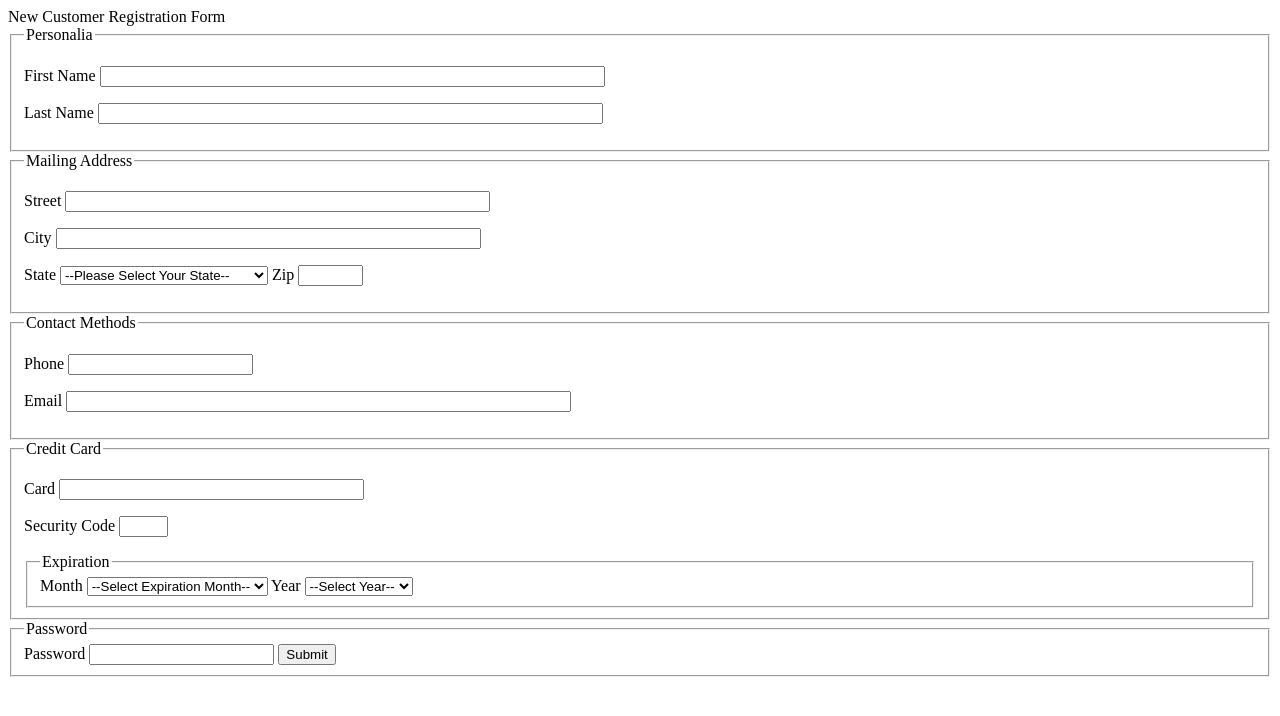
Repository: banjilawal/htdocs
Page: http://localhost/controls/new_customer-form.php
These files come from the project's save history. The page is drawn as it stood at one moment and after the next save; the edit follows.
The browser window is 1280 px wide. The pictures show the whole page.
The page is run by PHP 8.4 with error messages shown; the project is at /var/www/html/.

Above is the page before, as saved 2022-03-26 23:59:07.

After the next save:
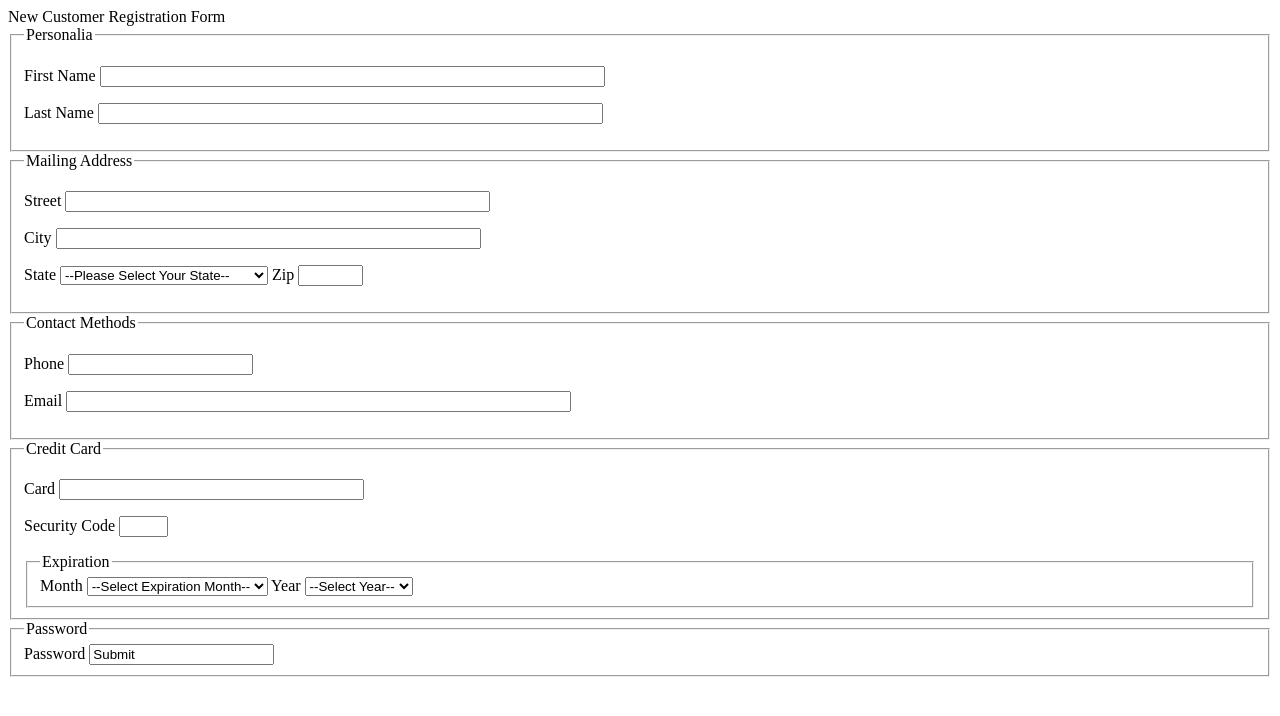
Saved 2 s later.
--- a/shop-0.01/controls/new_customer-form.php
+++ b/shop-0.01/controls/new_customer-form.php
@@ -179,7 +179,7 @@
 
         <fieldset><legend>Password</legend>
             <label for="password">Password</label>
-            <input type=
+            <input type="
 
         </fieldset>
 

After the save that followed:
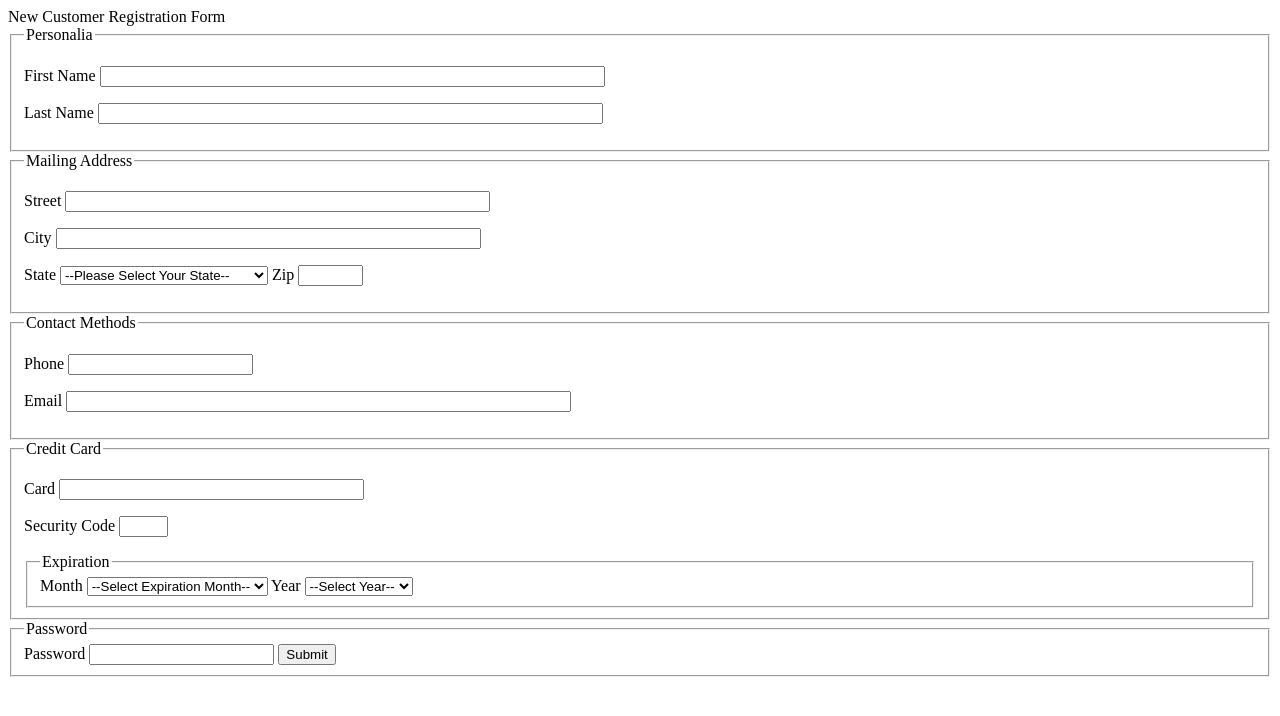
Saved 5 s later.
--- a/shop-0.01/controls/new_customer-form.php
+++ b/shop-0.01/controls/new_customer-form.php
@@ -179,7 +179,7 @@
 
         <fieldset><legend>Password</legend>
             <label for="password">Password</label>
-            <input type="
+            <input type="password"
 
         </fieldset>
 
